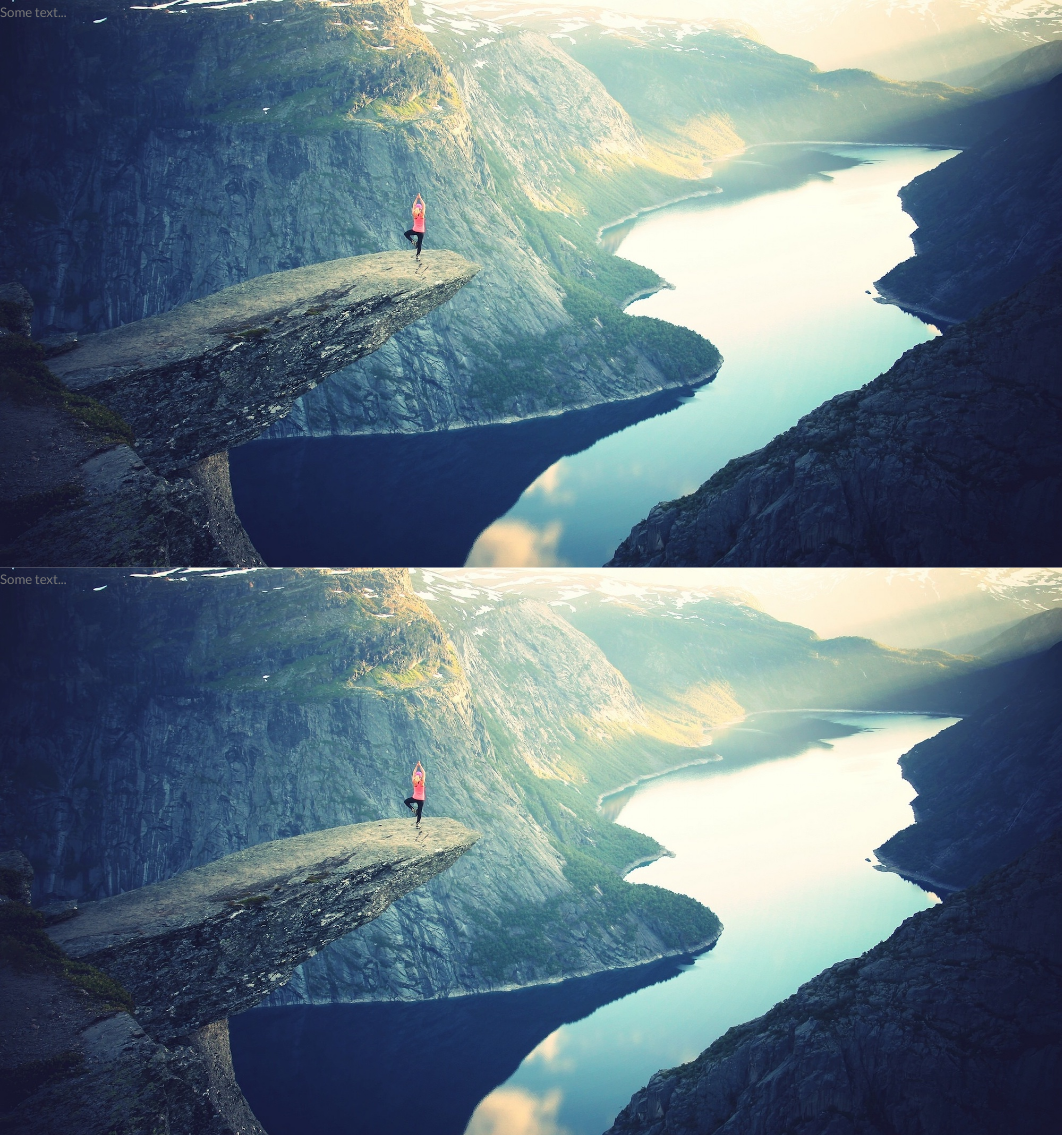
Repository: kamilluc/advanced-css-course
Page: Natours/my-implementation/index.html
The author's editor kept a copy of each file at every save. The page is drawn from the files as they stood at one save, then again after the next save.
The browser window is 1280 px wide. The pictures show the whole page, at 83% of full size.

Above is the page before, as saved 2019-05-24 20:42:04.

### Natours/my-implementation/index.html
<!DOCTYPE html>
<html lang="en">
  <head>
    <meta charset="UTF-8" />
    <meta name="viewport" content="width=device-width, initial-scale=1.0" />

    <link
      href="https://fonts.googleapis.com/css?family=Lato:100,300,400,700,900"
      rel="stylesheet"
    />

    <link rel="stylesheet" href="css/icon-font.css" />
    <link rel="stylesheet" href="css/style.css" />
    <link rel="shortcut icon" type="image/png" href="img/favicon.png" />

    <title>Natours | Exciting tours for adventurous people</title>
  </head>
  <body>
    <!-- HEADER -->
    <header class="header">
      Some text...
    </header>
    <header class="header">
      Some text...
    </header>
  </body>
</html>

### Natours/my-implementation/css/style.css
/*
COLORS:

Light green: #7ed56f
Medium green: #55c57a
Dark green: #28b485

*/

/* BASIC RESET, NORMALIZE COULD BE USED BUT NOT REALLY NEEDED */
*,
::before,
::after {
  margin: 0;
  padding: 0;
  box-sizing: border-box;
}

/* FONTS SETTING HERE, NOT IN * CUZ THEY ARE INHERITED */
body {
  font-family: "Lato", sans-serif;
  font-weight: 400;
  font-size: 16px;
  line-height: 1.7;
  color: #777;
}

.header {
  height: 95vh;
  background-image: url("../img/hero.jpg");
  background-size: cover;
}

Loaded but not shown: Natours/my-implementation/css/icon-font.css (no copy from this time; the picture is the same without it)

After the next save:
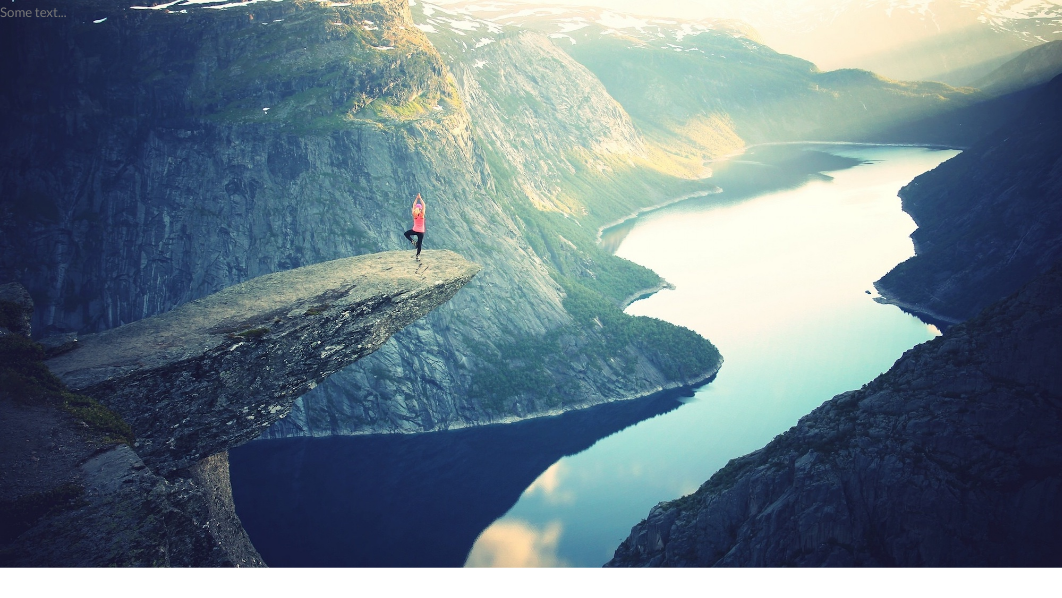
Saved 23 s later.
--- a/Natours/my-implementation/index.html
+++ b/Natours/my-implementation/index.html
@@ -20,8 +20,5 @@
     <header class="header">
       Some text...
     </header>
-    <header class="header">
-      Some text...
-    </header>
   </body>
 </html>
